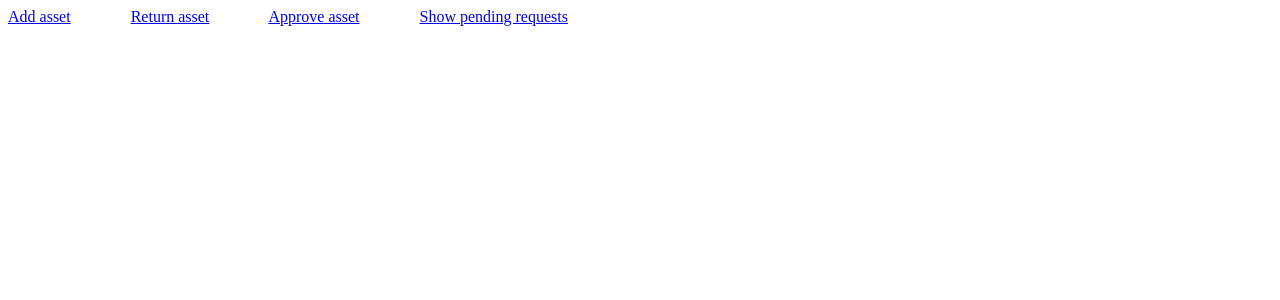
Repository: NirmalyaSatapathy/NirmalyaSatapathyProjects
Page: http://localhost/AssetManagement/AdminDashboard.jsp
These files come from the project's save history. The page is drawn as it stood at one moment and after the next save; the edit follows.
The browser window is 1280 px wide. The pictures show the whole page.
The page is served by Tomcat 9. Other server files are loaded and not shown.

Above is the page before, as saved 2025-06-03 17:04:05.

### AssetManagement/AssetManagement/src/main/webapp/AdminDashboard.jsp
<%@ page language="java" contentType="text/html; charset=UTF-8"
    pageEncoding="UTF-8"%>
<!DOCTYPE html>
<html>
<head>
<meta charset="UTF-8">
<title>Insert title here</title>
</head>
<body>
<a href="AddAsset.jsf">Add asset</a>
&nbsp;&nbsp;&nbsp;&nbsp;&nbsp;&nbsp;
&nbsp;&nbsp;&nbsp;&nbsp;&nbsp;&nbsp;
	<a href="ReturnAsset.jsf">Return asset</a>
	&nbsp;&nbsp;&nbsp;&nbsp;&nbsp;&nbsp;
&nbsp;&nbsp;&nbsp;&nbsp;&nbsp;&nbsp;
	<a href="ApproveAsset.jsf">Approve asset</a>
	&nbsp;&nbsp;&nbsp;&nbsp;&nbsp;&nbsp;
&nbsp;&nbsp;&nbsp;&nbsp;&nbsp;&nbsp;
	<a href="ShowPendingRequests.jsf">Show pending requests</a>
</body>
</html>

After the next save:
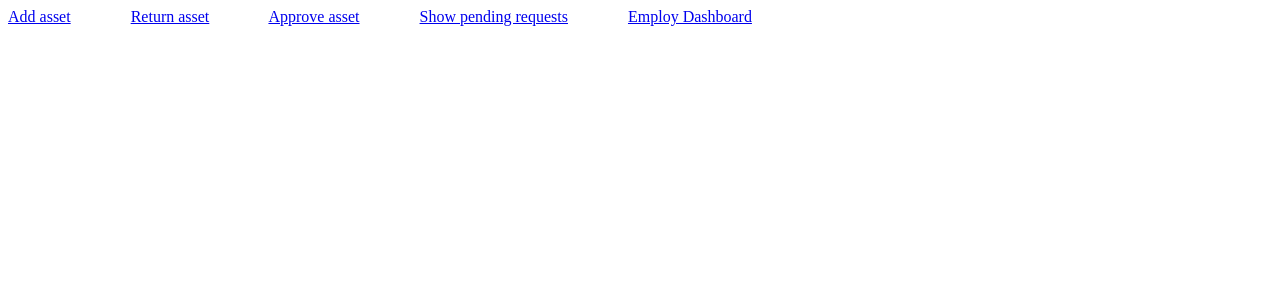
Saved 2 min 13 s later.
--- a/AssetManagement/AssetManagement/src/main/webapp/AdminDashboard.jsp
+++ b/AssetManagement/AssetManagement/src/main/webapp/AdminDashboard.jsp
@@ -17,5 +17,8 @@
 	&nbsp;&nbsp;&nbsp;&nbsp;&nbsp;&nbsp;
 &nbsp;&nbsp;&nbsp;&nbsp;&nbsp;&nbsp;
 	<a href="ShowPendingRequests.jsf">Show pending requests</a>
+	&nbsp;&nbsp;&nbsp;&nbsp;&nbsp;&nbsp;
+&nbsp;&nbsp;&nbsp;&nbsp;&nbsp;&nbsp;
+	<a href="EmployLogin.jsf">Employ Dashboard</a>
 </body>
 </html>
